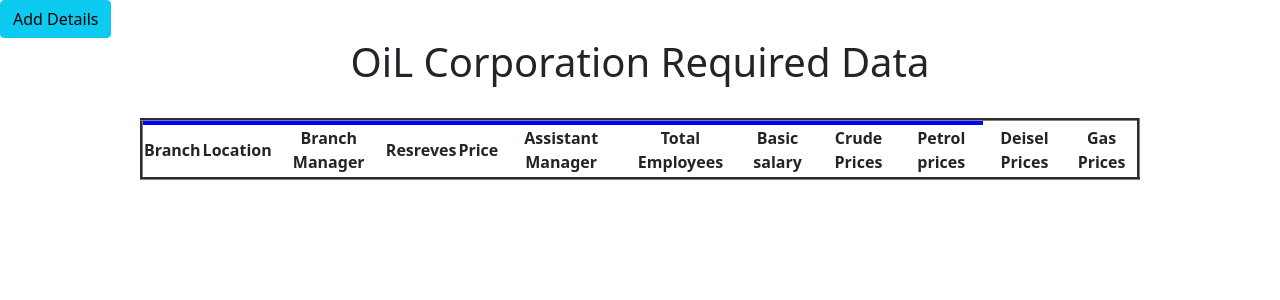
Repository: veerrajuMareddi/demo
Page: http://localhost/OilCorporation/views/unique.jsp
The author's editor kept a copy of each file at every save. The page is drawn from the files as they stood at one save, then again after the next save.
The browser window is 1280 px wide. The pictures show the whole page.
The page is served by Tomcat 9. Other server files are loaded and not shown. The template is opened directly, without the code that normally fills it, so the values that code supplies are empty.

Above is the page before, as saved 2022-05-03 13:44:04.

### OilCorporation/src/main/webapp/views/unique.jsp

<%@ page language="java" contentType="text/html; charset=ISO-8859-1"
pageEncoding="ISO-8859-1"%>
<%@ taglib uri="http://www.springframework.org/tags/form" prefix="form"%>
<%@taglib prefix="c" uri="http://java.sun.com/jsp/jstl/core"%>
<!DOCTYPE html>
<html>
<head>
<link
	href="https://cdn.jsdelivr.net/npm/bootstrap@5.1.3/dist/css/bootstrap.min.css"
	rel="stylesheet"
	integrity="sha384-1BmE4kWBq78iYhFldvKuhfTAU6auU8tT94WrHftjDbrCEXSU1oBoqyl2QvZ6jIW3"
	crossorigin="anonymous">
	<script
	src="https://cdn.jsdelivr.net/npm/bootstrap@5.1.3/dist/js/bootstrap.bundle.min.js"
	integrity="sha384-ka7Sk0Gln4gmtz2MlQnikT1wXgYsOg+OMhuP+IlRH9sENBO0LRn5q+8nbTov4+1p"
	crossorigin="anonymous"></script>
<meta charset="ISO-8859-1">
<title>BranvhDetails</title>
</head>
<body style="background-color: white;">
<a class="btn btn-info" href="/src/callsave">Add Details</a>

<center>
<style>
	form {
		width: 300px;
		margin: 0 auto;
	}
</style>
<h1>OiL Corporation Required Data</h1>

<br>
<center>
<table border="3" width=1000 style="text-align:center">
 <TR>
  <TD colspan="10" bgcolor="blue" height="5"></TD>
  </TR>
</center>
<tr>
<center>
<th>Branch</th>
<th>Location</th>
<th>Branch Manager</th>
<th>Resreves</th>
<th>Price</th>
<th>Assistant Manager</th>
<th>Total Employees</th>
<th>Basic salary</th>
<th>Crude Prices</th>
<th>Petrol prices</th>
<th>Deisel Prices</th>
<th>Gas Prices</th>
</center>

</tr>
<tr>
<center>
<td>${getId.corp.branch}</td>
<td>${getId.corp.location}</td>
<td>${getId.corp.branchManager}</td>
<td>${getId.corp.oilReserves}</td>
<td>${getId.corp.barrelPrice}</td>
<td>${getId.assistManager}</td>
<td>${getId.toatalEmployees}</td>
<td>${getId.salary}</td>
<td>${getId.corp.prices.crudePrice}</td>
<td>${getId.corp.prices.petrolPrice}</td>
<td>${getId.corp.prices.dieselPrice}</td>
<td>${getId.corp.prices.gasPrice}</td>

</center>
</tr>
</table>
</center>
</body>
</html>

After the next save:
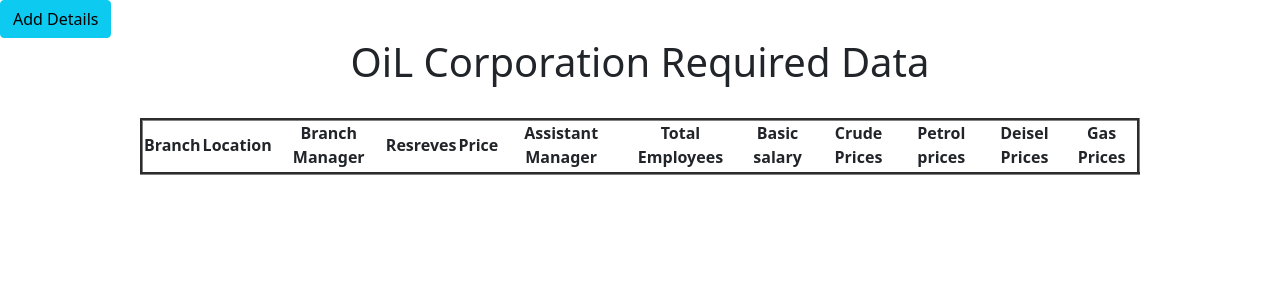
Saved 40 s later.
--- a/OilCorporation/src/main/webapp/views/unique.jsp
+++ b/OilCorporation/src/main/webapp/views/unique.jsp
@@ -34,7 +34,6 @@ pageEncoding="ISO-8859-1"%>
 <center>
 <table border="3" width=1000 style="text-align:center">
  <TR>
-  <TD colspan="10" bgcolor="blue" height="5"></TD>
   </TR>
 </center>
 <tr>
